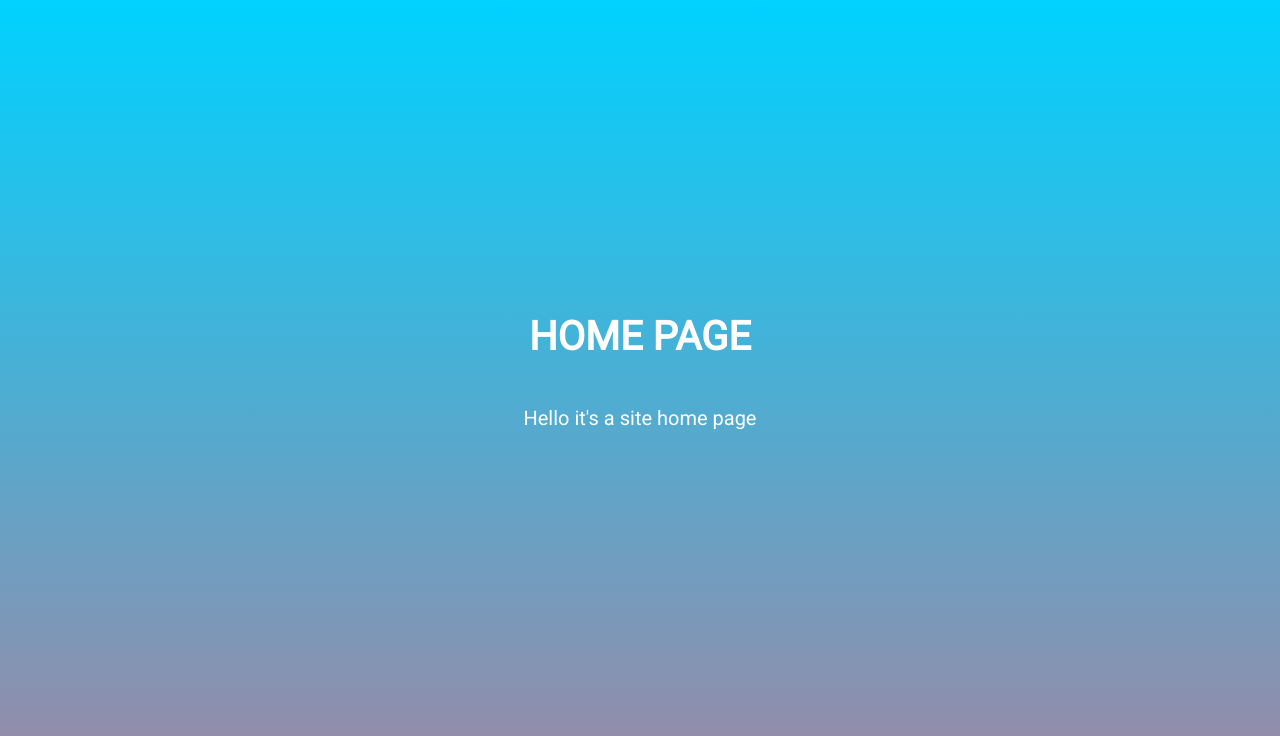
Repository: EgorSherstnev/https---github.com-EgorSherstnev-Node_FirstProject
Page: views/error.html
These files come from the project's save history. The page is drawn as it stood at one moment and after the next save; the edit follows.
The browser window is 1280 px wide. The pictures show the whole page.

Above is the page before, as saved 2023-03-02 23:12:46.

### views/error.html
<!DOCTYPE html>
<html lang="en">
<head>
   <meta charset="UTF-8" >
   <title>Node.js Course</title>
   <link href="https:fonts.googleapis.com/css?family=Roboto&display=swap" rel="stylesheet" >
   <style>
      body {
         display: flex;
         min-height: 100vh;
         align-items: center;
         justify-content: center;
         flex-direction: column;
         font-family: 'Roboto', sans-serif;
         font-size: 20px;
         background: linear-gradient(to bottom, #00d2ff, #928dab);
         color: #fff;
      }
      h1 {
         text-transform: uppercase;
      }
   </style>
</head>
<body>
   <h1>Home page</h1>
   <p>Hello it's a site home page</p>
</body>
</html>

After the next save:
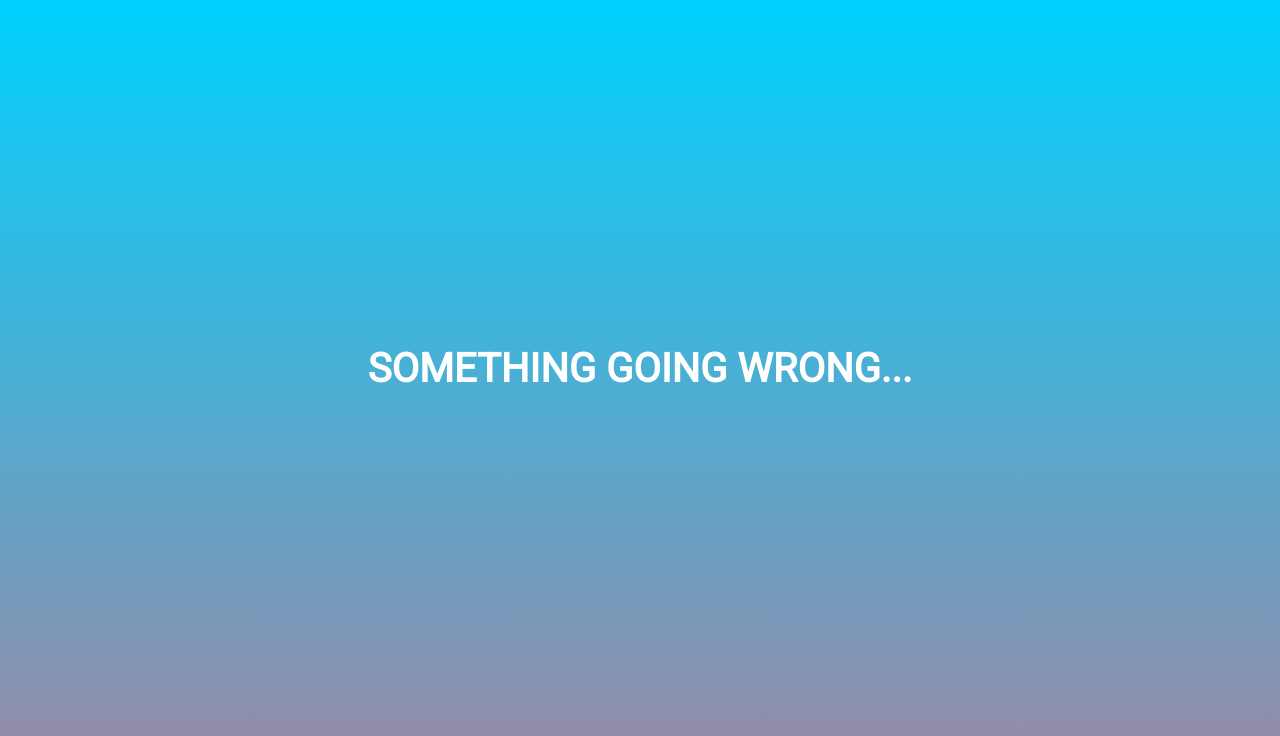
Saved 42 s later.
--- a/views/error.html
+++ b/views/error.html
@@ -22,7 +22,6 @@
    </style>
 </head>
 <body>
-   <h1>Home page</h1>
-   <p>Hello it's a site home page</p>
+   <h1>Something going wrong...</h1>
 </body>
 </html>
